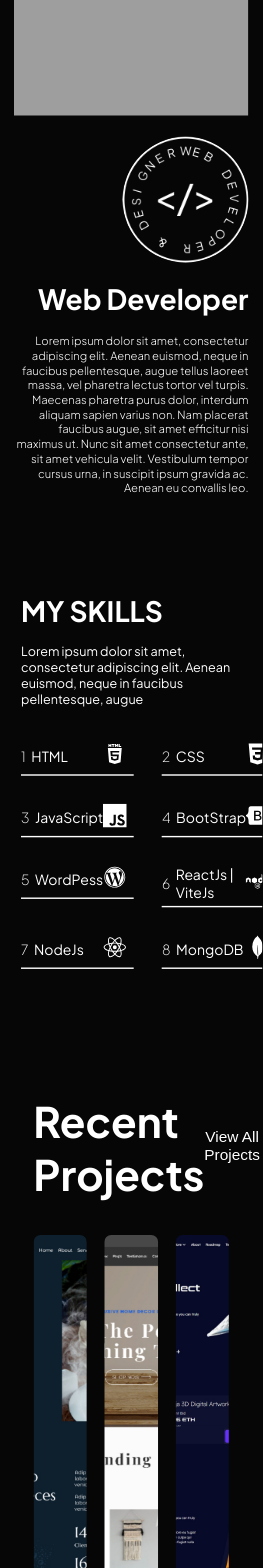
Repository: AliHassan02-Dev/PORTFOLIO
Page: / (app in Front-end/)
These files come from the project's save history. The page is drawn as it stood at one moment and after the next save; the edit follows.
The browser window is 375 px wide. The pictures show the part of the page from y = 1493 to 3733 px (the page is 4069 px tall), at 70% of full size.
Pictures or frames that could not be fetched are drawn as grey boxes. The project was rebuilt for these pictures with package versions that can differ from the ones it lists, and the page was loaded fresh each time. Also part of the build but not shown: Front-end/vite.config.js, Front-end/src/Pages/Projects.jsx, Front-end/src/Pages/AllProjects.jsx, Front-end/src/Components/ProjectPreview.jsx.

Above is the page before, as saved 2024-08-24 07:44:44.

After the next save:
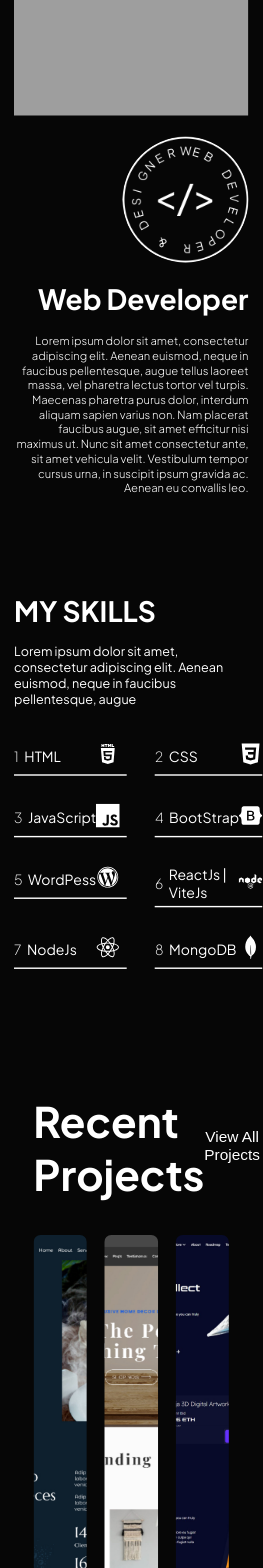
Saved 52 s later.
--- a/Front-end/src/App.css
+++ b/Front-end/src/App.css
@@ -552,6 +552,49 @@ body {
   }
 }
 
+@media (max-width: 568px) {
+  .mainWrapper .skillsContainer {
+    width: 100%;
+    height: 100%;
+    margin: 100px auto;
+    padding: 20px;
+  }
+
+  .mainWrapper .skillsContainer .top {
+    width: 100%;
+    display: flex;
+    flex-direction: column;
+    justify-content: flex-start;
+    align-items: flex-start;
+    gap: 20px;
+  }
+
+  .mainWrapper .skillsContainer .top .left h2 {
+    font-size: 40px;
+    font-weight: bold;
+    color: white;
+  }
+  .mainWrapper .skillsContainer .top .right p {
+    font-size: 18px;
+  }
+
+  .mainWrapper .skillsContainer .bottom {
+    gap: 40px;
+  }
+
+  .mainWrapper .skillsContainer .bottom .skillBar .left p {
+    font-size: 20px;
+  }
+
+  .mainWrapper .skillsContainer .bottom .skillBar .left h2 {
+    font-size: 20px;
+  }
+
+  .mainWrapper .skillsContainer .bottom .skillBar .right .skillLogo {
+    font-size: 34px;
+  }
+}
+
 /* SKILLS SECTION CSS END */
 
 /* PROJECTS SECTION CSS */
